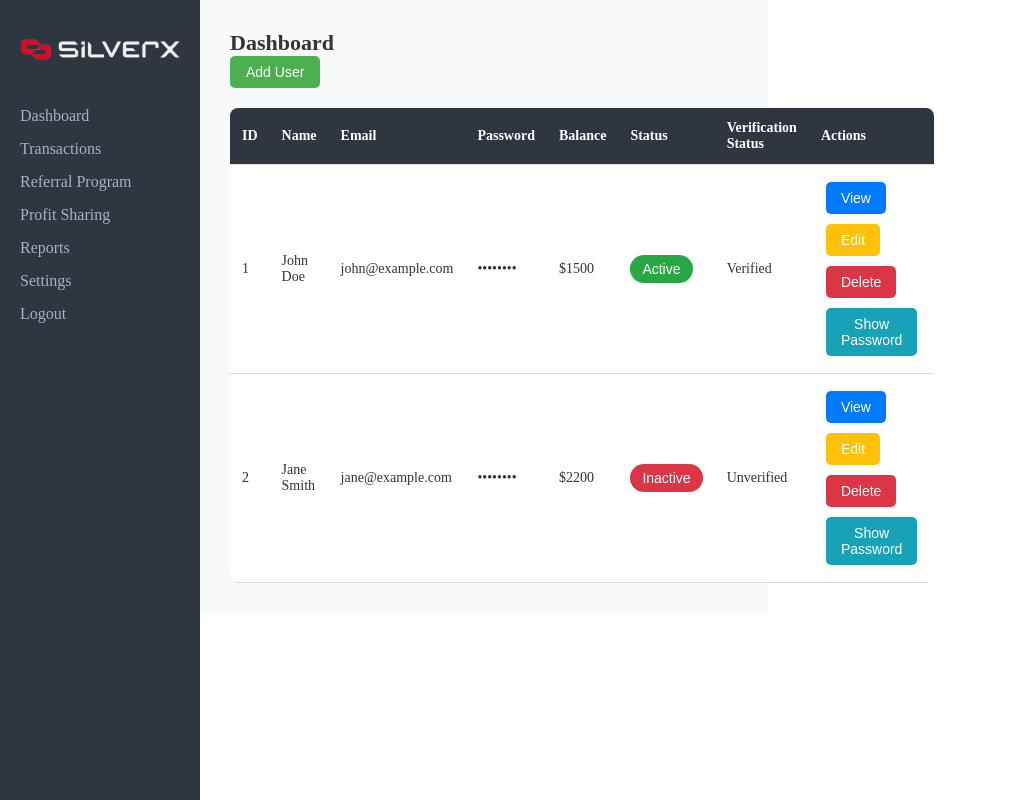
Repository: 2025silverx/slivedrX
Page: index.html
The author's editor kept a copy of each file at every save. The page is drawn from the files as they stood at one save, then again after the next save.
The browser window is 768 px wide. The page is 934 px wide, then 1033 px, so the pictures cover 1033 px, including what lies to the right of the window. The pictures show the whole page.

Above is the page before, as saved 2025-01-19 13:42:20.

### index.html
<!DOCTYPE html>
<html lang="en">
<head>
    <meta charset="UTF-8">
    <meta name="viewport" content="width=device-width, initial-scale=1.0">
    <title>Admin Panel - Users</title>
    <link rel="stylesheet" href="style.css">
</head>
<body>
    <div id="sidebar-container">
        <div class="sidebar">
            <img src="images/logo.png" alt="Sidebar Logo" class="sidebar-logo">
            <ul class="sidebar-links">
                <li><a href="index.html" class="sidebar-link" data-target="dashboard">Dashboard</a></li>
                <li><a href="index2.html" class="sidebar-link" data-target="transactions">Transactions</a></li>
                <li><a href="indesx3.html" class="sidebar-link" data-target="reports">Referral Program</a></li>
                <li><a href="index4.html" class="sidebar-link" data-target="users">Profit Sharing</a></li>
                <li><a href="index5.html" class="sidebar-link" data-target="reports">Reports</a></li>
                <li><a href="setting.html" class="sidebar-link" data-target="settings">Settings</a></li>
                <li><a href="login.html" class="sidebar-link" data-target="logout">Logout</a></li>
            </ul>
        </div>
    </div>

    <div class="main-content">
        <h1>Dashboard</h1>
        <button onclick="addUser()" class="add-user-btn">Add User</button>
        <table>
            <thead>
                <tr>
                    <th>ID</th>
                    <th>Name</th>
                    <th>Email</th>
                    <th>Password</th>
                    <th>Balance</th>
                    <th>Status</th>
                    <th>Verification Status</th>
                    <th>Actions</th>
                </tr>
            </thead>
            <tbody id="userTable">
                <tr>
                    <td>1</td>
                    <td>John Doe</td>
                    <td>john@example.com</td>
                    <td>••••••••</td>
                    <td>$1500</td>
                    <td><button class="status-btn active" onclick="toggleStatus(this)">Active</button></td>
                    <td>Verified</td>
                    <td>
                        <button class="action-btn view" onclick="viewUser(1)">View</button>
                        <button class="action-btn edit" onclick="editUser(1)">Edit</button>
                        <button class="action-btn delete" onclick="deleteUser(1)">Delete</button>
                        <button class="action-btn show-password" onclick="showPassword(this, 'password1')">Show Password</button>
                    </td>
                </tr>
                <tr>
                    <td>2</td>
                    <td>Jane Smith</td>
                    <td>jane@example.com</td>
                    <td>••••••••</td>
                    <td>$2200</td>
                    <td><button class="status-btn inactive" onclick="toggleStatus(this)">Inactive</button></td>
                    <td>Unverified</td>
                    <td>
                        <button class="action-btn view" onclick="viewUser(2)">View</button>
                        <button class="action-btn edit" onclick="editUser(2)">Edit</button>
                        <button class="action-btn delete" onclick="deleteUser(2)">Delete</button>
                        <button class="action-btn show-password" onclick="showPassword(this, 'password2')">Show Password</button>
                    </td>
                </tr>
            </tbody>
        </table>
    </div>




    <script>
        function addUser() {
            document.getElementById('add-form-container').style.display = 'block';
        }

        function viewUser(id) {
            alert(`Viewing details for User ID: ${id}`);
        }

        function editUser(id) {
            alert(`Editing details for User ID: ${id}`);
        }

        function deleteUser(id) {
            const confirmDelete = confirm(`Are you sure you want to delete User ID: ${id}?`);
            if (confirmDelete) {
                alert(`User ID: ${id} deleted.`);
            }
        }

        function toggleStatus(button) {
            if (button.classList.contains('active')) {
                button.classList.remove('active');
                button.classList.add('inactive');
                button.textContent = 'Inactive';
            } else {
                button.classList.remove('inactive');
                button.classList.add('active');
                button.textContent = 'Active';
            }
        }

        function showPassword(button, passwordId) {
            const passwordCell = button.closest('tr').querySelector('td:nth-child(4)');
            if (button.textContent === 'Show Password') {
                passwordCell.textContent = 'examplePassword';
                button.textContent = 'Hide Password';
            } else {
                passwordCell.textContent = '••••••••';
                button.textContent = 'Show Password';
            }
        }
    </script>
</body>
</html>

### style.css
/* Reset some default styles */
* {
    margin: 0;
    padding: 0;
    box-sizing: border-box;
}

/* Sidebar styles (no change) */
#sidebar-container {
    width: 250px;
    height: 100vh;
    position: fixed;
    background-color: #2f3640;
    color: white;
    padding: 20px;
    display: flex;
    flex-direction: column;
    justify-content: space-between;
}

.sidebar-logo {
    width: 100%;
    margin-bottom: 30px;
}

.sidebar-links {
    list-style-type: none;
    padding: 0;
}

.sidebar-link {
    text-decoration: none;
    color: #a6b1c1;
    font-size: 16px;
    display: block;
    margin-bottom: 15px;
    transition: 0.3s;
}

.sidebar-link:hover {
    color: #fff;
}

/* Main content styles */
.main-content {
    margin-left: 250px;
    padding: 30px;
    background-color: #f8f9fa;
}

/* Header Styles */
.header {
    display: flex;
    justify-content: space-between;
    align-items: center;
    background-color: #fff;
    padding: 20px;
    box-shadow: 0 4px 8px rgba(0, 0, 0, 0.1);
    border-radius: 8px;
    margin-bottom: 30px;
}

h1 {
    font-size: 28px;
    color: #333;
}

/* Add User Button Styles */
.add-user-btn {
    background-color: #4CAF50;
    color: white;
    border: none;
    padding: 10px 20px;
    border-radius: 5px;
    font-size: 16px;
    cursor: pointer;
    transition: background-color 0.3s;
}

.add-user-btn:hover {
    background-color: #45a049;
}

/* Table Styles */
table {
    width: 100%;
    border-collapse: collapse;
    margin-top: 20px;
    border-radius: 8px;
    overflow: hidden;
}

th, td {
    padding: 12px;
    text-align: left;
    border-bottom: 1px solid #ddd;
}

th {
    background-color: #2f3640;
    color: white;
}

td {
    background-color: #fff;
    color: #333;
}

/* Status button styles */
.status-btn {
    padding: 6px 12px;
    border-radius: 20px;
    color: white;
    font-size: 14px;
    cursor: pointer;
    border: none;
}

.status-btn.active {
    background-color: #28a745;
}

.status-btn.inactive {
    background-color: #dc3545;
}

/* Action button styles */
.action-btn {
    padding: 8px 15px;
    border: none;
    cursor: pointer;
    margin: 5px;
    border-radius: 5px;
    font-size: 14px;
}

.action-btn.view {
    background-color: #007bff;
    color: white;
}

.action-btn.view:hover {
    background-color: #0056b3;
}

.action-btn.edit {
    background-color: #ffc107;
    color: white;
}

.action-btn.edit:hover {
    background-color: #e0a800;
}

.action-btn.delete {
    background-color: #dc3545;
    color: white;
}

.action-btn.delete:hover {
    background-color: #c82333;
}

.action-btn.show-password {
    background-color: #17a2b8;
    color: white;
}

.action-btn.show-password:hover {
    background-color: #138496;
}

/* Form container styles */
.add-form, .edit-form {
    background-color: #fff;
    border-radius: 8px;
    padding: 30px;
    box-shadow: 0 4px 8px rgba(0, 0, 0, 0.1);
    margin-top: 20px;
}

.add-form input, .edit-form input {
    width: 100%;
    padding: 12px;
    margin-bottom: 20px;
    border: 1px solid #ddd;
    border-radius: 5px;
    font-size: 16px;
}

.add-form button, .edit-form button {
    background-color: #28a745;
    color: white;
    border: none;
    padding: 12px 30px;
    font-size: 16px;
    cursor: pointer;
    border-radius: 5px;
    width: 100%;
    transition: background-color 0.3s;
}

.add-form button:hover, .edit-form button:hover {
    background-color: #218838;
}

/* Responsive Styles */
@media screen and (max-width: 768px) {
    #sidebar-container {
        width: 200px;
    }

    .main-content {
        margin-left: 200px;
    }

    .header {
        padding: 15px;
    }

    h1 {
        font-size: 22px;
    }

    table {
        font-size: 14px;
    }

    .add-user-btn {
        font-size: 14px;
        padding: 8px 16px;
    }

    .add-form, .edit-form {
        padding: 20px;
    }
}

After the next save:
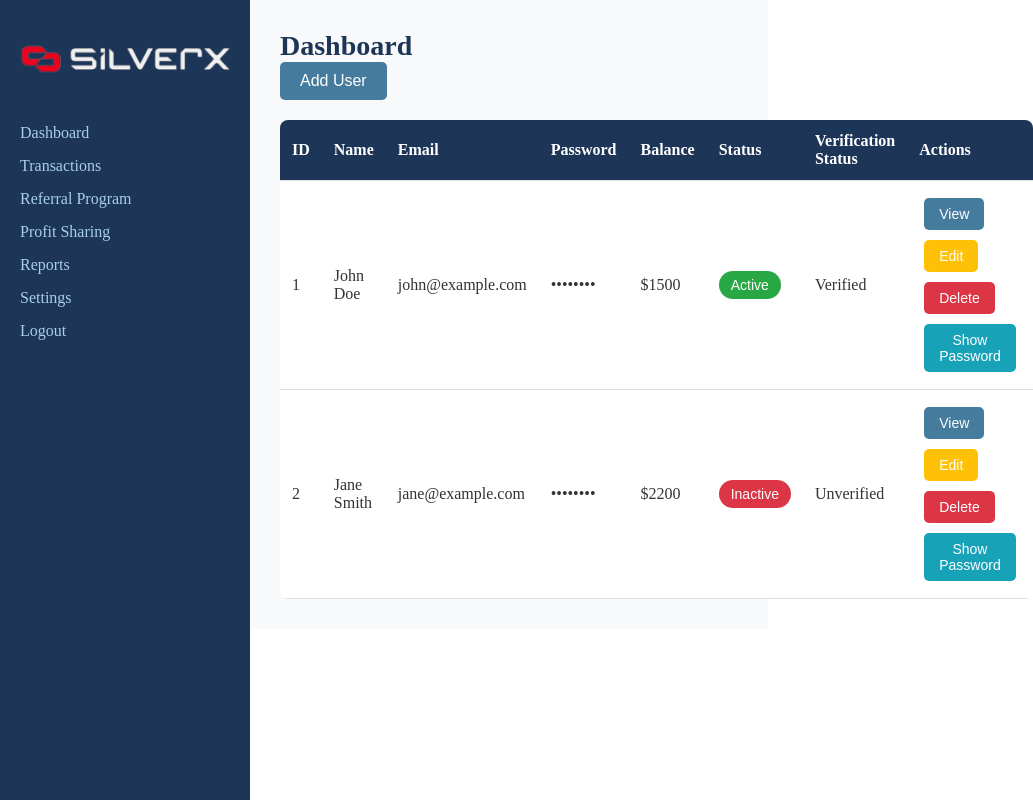
Saved 20 s later.
--- a/style.css
+++ b/style.css
@@ -5,12 +5,12 @@
     box-sizing: border-box;
 }
 
-/* Sidebar styles (no change) */
+/* Sidebar styles */
 #sidebar-container {
     width: 250px;
     height: 100vh;
     position: fixed;
-    background-color: #2f3640;
+    background-color: #1d3557; /* Bluish background */
     color: white;
     padding: 20px;
     display: flex;
@@ -30,7 +30,7 @@
 
 .sidebar-link {
     text-decoration: none;
-    color: #a6b1c1;
+    color: #a8d0e6; /* Lighter bluish text */
     font-size: 16px;
     display: block;
     margin-bottom: 15px;
@@ -48,26 +48,14 @@
     background-color: #f8f9fa;
 }
 
-/* Header Styles */
-.header {
-    display: flex;
-    justify-content: space-between;
-    align-items: center;
-    background-color: #fff;
-    padding: 20px;
-    box-shadow: 0 4px 8px rgba(0, 0, 0, 0.1);
-    border-radius: 8px;
-    margin-bottom: 30px;
-}
-
 h1 {
     font-size: 28px;
-    color: #333;
+    color: #1d3557;
 }
 
 /* Add User Button Styles */
 .add-user-btn {
-    background-color: #4CAF50;
+    background-color: #457b9d;
     color: white;
     border: none;
     padding: 10px 20px;
@@ -78,7 +66,7 @@ h1 {
 }
 
 .add-user-btn:hover {
-    background-color: #45a049;
+    background-color: #1d3557;
 }
 
 /* Table Styles */
@@ -97,7 +85,7 @@ th, td {
 }
 
 th {
-    background-color: #2f3640;
+    background-color: #1d3557;
     color: white;
 }
 
@@ -135,12 +123,8 @@ td {
 }
 
 .action-btn.view {
-    background-color: #007bff;
+    background-color: #457b9d;
     color: white;
-}
-
-.action-btn.view:hover {
-    background-color: #0056b3;
 }
 
 .action-btn.edit {
@@ -148,90 +132,12 @@ td {
     color: white;
 }
 
-.action-btn.edit:hover {
-    background-color: #e0a800;
-}
-
 .action-btn.delete {
     background-color: #dc3545;
     color: white;
-}
-
-.action-btn.delete:hover {
-    background-color: #c82333;
 }
 
 .action-btn.show-password {
     background-color: #17a2b8;
     color: white;
 }
-
-.action-btn.show-password:hover {
-    background-color: #138496;
-}
-
-/* Form container styles */
-.add-form, .edit-form {
-    background-color: #fff;
-    border-radius: 8px;
-    padding: 30px;
-    box-shadow: 0 4px 8px rgba(0, 0, 0, 0.1);
-    margin-top: 20px;
-}
-
-.add-form input, .edit-form input {
-    width: 100%;
-    padding: 12px;
-    margin-bottom: 20px;
-    border: 1px solid #ddd;
-    border-radius: 5px;
-    font-size: 16px;
-}
-
-.add-form button, .edit-form button {
-    background-color: #28a745;
-    color: white;
-    border: none;
-    padding: 12px 30px;
-    font-size: 16px;
-    cursor: pointer;
-    border-radius: 5px;
-    width: 100%;
-    transition: background-color 0.3s;
-}
-
-.add-form button:hover, .edit-form button:hover {
-    background-color: #218838;
-}
-
-/* Responsive Styles */
-@media screen and (max-width: 768px) {
-    #sidebar-container {
-        width: 200px;
-    }
-
-    .main-content {
-        margin-left: 200px;
-    }
-
-    .header {
-        padding: 15px;
-    }
-
-    h1 {
-        font-size: 22px;
-    }
-
-    table {
-        font-size: 14px;
-    }
-
-    .add-user-btn {
-        font-size: 14px;
-        padding: 8px 16px;
-    }
-
-    .add-form, .edit-form {
-        padding: 20px;
-    }
-}
